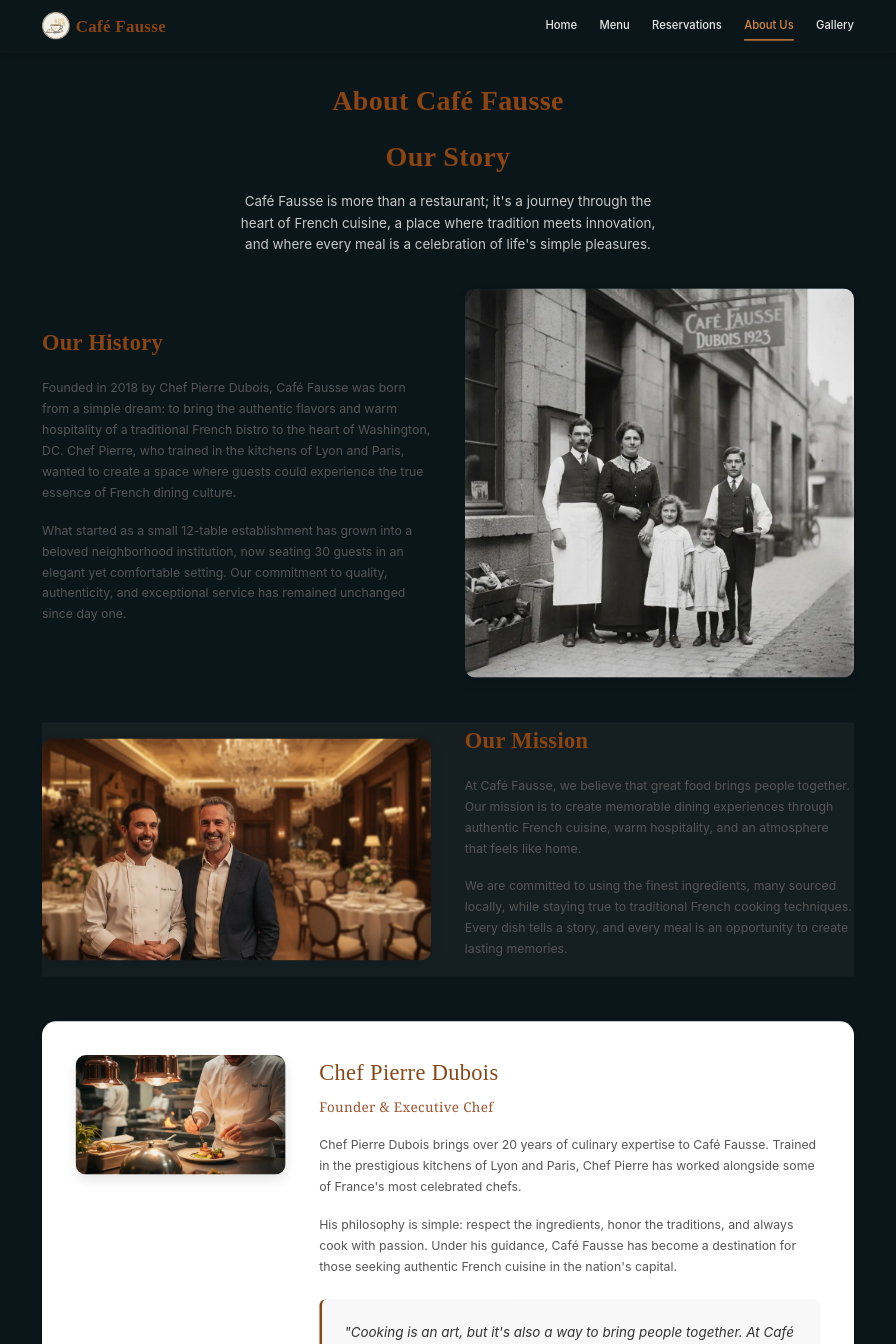
Repository: MatVanDenArt/MSSE-Cafe-Fausse
Page: /about (app in frontend/)
These files come from the project's save history. The page is drawn as it stood at one moment and after the next save; the edit follows.
The browser window is 1280 px wide. The pictures show the part of the page from y = 0 to 1920 px (the page is 3647 px tall), at 70% of full size.
The project was rebuilt for these pictures with package versions that can differ from the ones it lists, and the page was loaded fresh each time. Also part of the build but not shown: frontend/src/pages/Home.css, frontend/src/pages/Home.js, frontend/src/pages/Menu.css, frontend/src/pages/Menu.js, frontend/src/pages/Reservations.css, frontend/src/pages/Reservations.js, frontend/src/pages/Gallery.css, frontend/src/pages/Gallery.js.

Above is the page before, as saved 2025-10-26 15:29:58.

### frontend/src/App.js
import React from "react";
import { BrowserRouter as Router, Routes, Route } from "react-router-dom";
import "./App.css";

// Import components
import Header from "./components/Header";
import Footer from "./components/Footer";
import Home from "./pages/Home";
import Menu from "./pages/Menu";
import Reservations from "./pages/Reservations";
import About from "./pages/About";
import Gallery from "./pages/Gallery";

function App() {
  return (
    <Router>
      <div className="App">
        <Header />
        <main className="main-content">
          <Routes>
            <Route path="/" element={<Home />} />
            <Route path="/menu" element={<Menu />} />
            <Route path="/reservations" element={<Reservations />} />
            <Route path="/about" element={<About />} />
            <Route path="/gallery" element={<Gallery />} />
          </Routes>
        </main>
        <Footer />
      </div>
    </Router>
  );
}

export default App;

### frontend/src/App.css
/* Global Styles */
* {
  margin: 0;
  padding: 0;
  box-sizing: border-box;
}

@import url("https://fonts.googleapis.com/css2?family=Dancing+Script:wght@400;500;600;700&family=Cormorant+Garamond:ital,wght@0,300;0,400;0,500;0,600;0,700;1,300;1,400;1,500;1,600&family=Inter:wght@300;400;500;600&family=Source+Sans+Pro:ital,wght@0,300;0,400;0,600;1,300;1,400&display=swap");

body {
  font-family: "Inter", "Source Sans Pro", "Helvetica Neue", "Arial", sans-serif;
  line-height: 1.6;
  color: #e8e8e8;
  background-color: #0b161a;
  font-weight: 400;
}

.App {
  min-height: 100vh;
  display: flex;
  flex-direction: column;
}

.main-content {
  flex: 1;
  padding-top: 80px; /* Account for fixed header */
}

/* Typography */
h1,
h2,
h3,
h4,
h5,
h6 {
  font-family: "Cormorant Garamond", "EB Garamond", "Georgia", "Times New Roman",
    serif;
  font-weight: 500;
  margin-bottom: 1rem;
  letter-spacing: 0.5px;
}

h1 {
  font-size: 2.5rem;
  color: #8b4513;
  font-family: "Dancing Script", "Cormorant Garamond", serif;
  font-weight: 600;
}

h2 {
  font-size: 2rem;
  color: #8b4513;
  font-family: "Dancing Script", "Cormorant Garamond", serif;
  font-weight: 600;
}

h3 {
  font-size: 1.5rem;
  color: #8b4513;
  font-family: "Dancing Script", "Cormorant Garamond", serif;
  font-weight: 500;
}

p {
  margin-bottom: 1rem;
  font-size: 1.1rem;
  font-family: "Inter", "Source Sans Pro", "Helvetica Neue", "Arial", sans-serif;
}

/* Container */
.container {
  max-width: 1200px;
  margin: 0 auto;
  padding: 0 20px;
}

/* Grid System */
.grid {
  display: grid;
  gap: 2rem;
}

.grid-2 {
  grid-template-columns: repeat(auto-fit, minmax(300px, 1fr));
}

.grid-3 {
  grid-template-columns: repeat(auto-fit, minmax(250px, 1fr));
}

.grid-4 {
  grid-template-columns: repeat(auto-fit, minmax(200px, 1fr));
}

/* Flexbox Utilities */
.flex {
  display: flex;
}

.flex-center {
  display: flex;
  justify-content: center;
  align-items: center;
}

.flex-between {
  display: flex;
  justify-content: space-between;
  align-items: center;
}

.flex-column {
  display: flex;
  flex-direction: column;
}

/* Buttons */
.btn {
  display: inline-block;
  padding: 12px 24px;
  background-color: #d58643;
  color: #0b161a;
  text-decoration: none;
  border: none;
  border-radius: 5px;
  font-size: 1rem;
  font-weight: 600;
  cursor: pointer;
  transition: all 0.3s ease;
  text-align: center;
}

.btn:hover {
  background-color: #c0763a;
  transform: translateY(-2px);
  box-shadow: 0 4px 12px rgba(213, 134, 67, 0.4);
}

.btn-secondary {
  background-color: transparent;
  color: #d58643;
  border: 2px solid #d58643;
}

.btn-secondary:hover {
  background-color: #d58643;
  color: #0b161a;
}

.btn-large {
  padding: 16px 32px;
  font-size: 1.1rem;
}

/* Forms */
.form-group {
  margin-bottom: 1.5rem;
}

.form-label {
  display: block;
  margin-bottom: 0.5rem;
  font-weight: 600;
  color: #d58643;
}

.form-input,
.form-select,
.form-textarea {
  width: 100%;
  padding: 12px;
  border: 2px solid #151f21;
  border-radius: 5px;
  font-size: 1rem;
  transition: border-color 0.3s ease;
  background-color: #151f21;
  color: #e8e8e8;
}

.form-input:focus,
.form-select:focus,
.form-textarea:focus {
  outline: none;
  border-color: #d58643;
  box-shadow: 0 0 0 3px rgba(213, 134, 67, 0.1);
}

.form-textarea {
  resize: vertical;
  min-height: 100px;
}

/* Cards */
.card {
  background: #151f21;
  border-radius: 10px;
  box-shadow: 0 4px 6px rgba(0, 0, 0, 0.3);
  overflow: hidden;
  transition: transform 0.3s ease;
  border: 1px solid #1f2a2d;
}

.card:hover {
  transform: translateY(-5px);
}

.card-body {
  padding: 1.5rem;
}

.card-title {
  font-size: 1.25rem;
  margin-bottom: 0.5rem;
  color: #8b4513;
  font-family: "Dancing Script", "Cormorant Garamond", serif;
  font-weight: 500;
}

.card-text {
  color: #c8c8c8;
  margin-bottom: 1rem;
}

/* Images */
.img-responsive {
  width: 100%;
  height: auto;
  display: block;
}

.img-rounded {
  border-radius: 10px;
}

/* Sections */
.section {
  padding: 4rem 0;
}

.section-dark {
  background-color: #0b161a;
  color: white;
}

.section-light {
  background-color: #151f21;
}

.section-title {
  text-align: center;
  margin-bottom: 3rem;
}

.section-title h2 {
  font-size: 2.5rem;
  margin-bottom: 1rem;
}

.section-title p {
  font-size: 1.2rem;
  color: #c8c8c8;
  max-width: 600px;
  margin: 0 auto;
}

/* Hero Section - Moved to Home.css */

.hero-content h1 {
  font-size: 3.5rem;
  margin-bottom: 1rem;
  color: white;
}

.hero-content p {
  font-size: 1.3rem;
  margin-bottom: 2rem;
  max-width: 600px;
}

.hero-buttons {
  display: flex;
  gap: 1rem;
  justify-content: center;
  flex-wrap: wrap;
}

/* Navigation */
.nav {
  background-color: white;
  box-shadow: 0 2px 10px rgba(0, 0, 0, 0.1);
  position: fixed;
  top: 0;
  left: 0;
  right: 0;
  z-index: 1000;
}

.nav-container {
  display: flex;
  justify-content: space-between;
  align-items: center;
  padding: 1rem 0;
}

.nav-logo {
  font-size: 1.5rem;
  font-weight: bold;
  color: #8b4513;
  text-decoration: none;
}

.nav-menu {
  display: flex;
  list-style: none;
  gap: 2rem;
}

.nav-link {
  color: #333;
  text-decoration: none;
  font-weight: 500;
  transition: color 0.3s ease;
}

.nav-link:hover {
  color: #8b4513;
}

/* Footer */
.footer {
  background-color: #333;
  color: white;
  padding: 3rem 0 1rem;
}

.footer-content {
  display: grid;
  grid-template-columns: repeat(auto-fit, minmax(250px, 1fr));
  gap: 2rem;
  margin-bottom: 2rem;
}

.footer-section h3 {
  color: #8b4513;
  margin-bottom: 1rem;
}

.footer-bottom {
  text-align: center;
  padding-top: 2rem;
  border-top: 1px solid #555;
  color: #ccc;
}

/* Responsive Design */
@media (max-width: 768px) {
  .container {
    padding: 0 15px;
  }

  .hero-content h1 {
    font-size: 2.5rem;
  }

  .hero-content p {
    font-size: 1.1rem;
  }

  .hero-buttons {
    flex-direction: column;
    align-items: center;
  }

  .nav-menu {
    flex-direction: column;
    gap: 1rem;
  }

  .grid-2,
  .grid-3,
  .grid-4 {
    grid-template-columns: 1fr;
  }

  h1 {
    font-size: 2rem;
  }

  h2 {
    font-size: 1.5rem;
  }
}

@media (max-width: 480px) {
  .hero-content h1 {
    font-size: 2rem;
  }

  .section {
    padding: 2rem 0;
  }

  .btn {
    padding: 10px 20px;
    font-size: 0.9rem;
  }
}

/* Utility Classes */
.text-center {
  text-align: center;
}

.text-left {
  text-align: left;
}

.text-right {
  text-align: right;
}

.mb-1 {
  margin-bottom: 0.5rem;
}
.mb-2 {
  margin-bottom: 1rem;
}
.mb-3 {
  margin-bottom: 1.5rem;
}
.mb-4 {
  margin-bottom: 2rem;
}

.mt-1 {
  margin-top: 0.5rem;
}
.mt-2 {
  margin-top: 1rem;
}
.mt-3 {
  margin-top: 1.5rem;
}
.mt-4 {
  margin-top: 2rem;
}

.p-1 {
  padding: 0.5rem;
}
.p-2 {
  padding: 1rem;
}
.p-3 {
  padding: 1.5rem;
}
.p-4 {
  padding: 2rem;
}

.hidden {
  display: none;
}

.visible {
  display: block;
}

### frontend/src/components/Header.js
import React, { useState } from "react";
import { Link, useLocation } from "react-router-dom";
import "./Header.css";

const Header = () => {
  const [isMenuOpen, setIsMenuOpen] = useState(false);
  const location = useLocation();

  const toggleMenu = () => {
    setIsMenuOpen(!isMenuOpen);
  };

  const closeMenu = () => {
    setIsMenuOpen(false);
  };

  const isActive = (path) => {
    return location.pathname === path ? "active" : "";
  };

  return (
    <nav className="nav">
      <div className="container">
        <div className="nav-container">
          <Link to="/" className="nav-logo" onClick={closeMenu}>
            <img
              src="/images/Logo - Cafe Fausse.png"
              alt="Café Fausse Logo"
              className="nav-logo-img"
            />
            <span className="nav-logo-text">Café Fausse</span>
          </Link>

          <div className={`nav-menu ${isMenuOpen ? "nav-menu-open" : ""}`}>
            <Link
              to="/"
              className={`nav-link ${isActive("/")}`}
              onClick={closeMenu}
            >
              Home
            </Link>
            <Link
              to="/menu"
              className={`nav-link ${isActive("/menu")}`}
              onClick={closeMenu}
            >
              Menu
            </Link>
            <Link
              to="/reservations"
              className={`nav-link ${isActive("/reservations")}`}
              onClick={closeMenu}
            >
              Reservations
            </Link>
            <Link
              to="/about"
              className={`nav-link ${isActive("/about")}`}
              onClick={closeMenu}
            >
              About Us
            </Link>
            <Link
              to="/gallery"
              className={`nav-link ${isActive("/gallery")}`}
              onClick={closeMenu}
            >
              Gallery
            </Link>
          </div>

          <button
            className="nav-toggle"
            onClick={toggleMenu}
            aria-label="Toggle navigation menu"
          >
            <span className="nav-toggle-line"></span>
            <span className="nav-toggle-line"></span>
            <span className="nav-toggle-line"></span>
          </button>
        </div>
      </div>
    </nav>
  );
};

export default Header;

### frontend/src/components/Footer.js
import React, { useState } from "react";
import "./Footer.css";

const Footer = () => {
  const [email, setEmail] = useState("");
  const [isSubscribed, setIsSubscribed] = useState(false);
  const [isLoading, setIsLoading] = useState(false);

  const handleNewsletterSubmit = async (e) => {
    e.preventDefault();
    if (!email) return;

    setIsLoading(true);
    try {
      const response = await fetch("http://localhost:5000/api/newsletter", {
        method: "POST",
        headers: {
          "Content-Type": "application/json",
        },
        body: JSON.stringify({ email }),
      });

      if (response.ok) {
        setIsSubscribed(true);
        setEmail("");
      } else {
        const error = await response.json();
        console.error("Newsletter signup error:", error);
      }
    } catch (error) {
      console.error("Newsletter signup error:", error);
    } finally {
      setIsLoading(false);
    }
  };

  return (
    <footer className="footer">
      <div className="container">
        <div className="footer-content">
          <div className="footer-section">
            <h3>Café Fausse</h3>
            <p>
              Experience the timeless charm of authentic French bistro dining.
              We welcome you to our table for an unforgettable culinary journey.
            </p>
          </div>

          <div className="footer-section">
            <h3>Contact Info</h3>
            <p>
              <strong>Address:</strong><br />
              1234 Culinary Ave, Suite 100<br />
              Washington, DC 20002
            </p>
            <p>
              <strong>Phone:</strong><br />
              (202) 555-4567
            </p>
          </div>

          <div className="footer-section">
            <h3>Hours</h3>
            <p>
              <strong>Monday – Saturday:</strong><br />
              5:00 PM – 11:00 PM
            </p>
            <p>
              <strong>Sunday:</strong><br />
              5:00 PM – 9:00 PM
            </p>
          </div>

          <div className="footer-section">
            <h3>Newsletter</h3>
            <p>Subscribe to our newsletter for updates and special offers.</p>
            {isSubscribed ? (
              <div className="newsletter-success">
                <p>Thank you for subscribing!</p>
              </div>
            ) : (
              <form onSubmit={handleNewsletterSubmit} className="newsletter-form">
                <input
                  type="email"
                  placeholder="Enter your email"
                  value={email}
                  onChange={(e) => setEmail(e.target.value)}
                  required
                  className="newsletter-input"
                />
                <button
                  type="submit"
                  disabled={isLoading}
                  className="btn btn-secondary newsletter-btn"
                >
                  {isLoading ? "Subscribing..." : "Subscribe"}
                </button>
              </form>
            )}
          </div>
        </div>

        <div className="footer-bottom">
          <p>&copy; 2024 Café Fausse. All rights reserved.</p>
        </div>
      </div>
    </footer>
  );
};

export default Footer;

### frontend/src/components/Header.css
.nav {
  background-color: #0b161a;
  box-shadow: 0 2px 10px rgba(0, 0, 0, 0.3);
  position: fixed;
  top: 0;
  left: 0;
  right: 0;
  z-index: 1000;
  border-bottom: 1px solid #151f21;
}

.nav-container {
  display: flex;
  justify-content: space-between;
  align-items: center;
  padding: 1rem 0;
}

.nav-logo {
  display: flex;
  align-items: center;
  gap: 0.5rem;
  text-decoration: none;
  font-family: "Cormorant Garamond", "EB Garamond", "Georgia", "Times New Roman",
    serif;
  font-weight: 500;
  letter-spacing: 0.5px;
}

.nav-logo-img {
  height: 40px;
  width: auto;
}

.nav-logo-text {
  font-size: 1.5rem;
  font-weight: bold;
  color: #8b4513;
  font-family: "Dancing Script", "Cormorant Garamond", serif;
}

.nav-logo:hover .nav-logo-text {
  color: #d58643;
}

.nav-menu {
  display: flex;
  list-style: none;
  gap: 2rem;
  margin: 0;
  padding: 0;
}

.nav-link {
  color: #e8e8e8;
  text-decoration: none;
  font-weight: 500;
  transition: color 0.3s ease;
  padding: 0.5rem 0;
  position: relative;
}

.nav-link:hover,
.nav-link.active {
  color: #d58643;
}

.nav-link.active::after {
  content: "";
  position: absolute;
  bottom: 0;
  left: 0;
  right: 0;
  height: 2px;
  background-color: #d58643;
}

.nav-toggle {
  display: none;
  flex-direction: column;
  background: none;
  border: none;
  cursor: pointer;
  padding: 0.5rem;
}

.nav-toggle-line {
  width: 25px;
  height: 3px;
  background-color: #d58643;
  margin: 3px 0;
  transition: 0.3s;
}

/* Mobile Navigation */
@media (max-width: 768px) {
  .nav-toggle {
    display: flex;
  }

  .nav-menu {
    position: fixed;
    top: 100%;
    left: 0;
    right: 0;
    background-color: white;
    flex-direction: column;
    padding: 2rem;
    box-shadow: 0 2px 10px rgba(0, 0, 0, 0.1);
    transform: translateY(-100%);
    opacity: 0;
    visibility: hidden;
    transition: all 0.3s ease;
  }

  .nav-menu-open {
    transform: translateY(0);
    opacity: 1;
    visibility: visible;
  }

  .nav-link {
    padding: 1rem 0;
    border-bottom: 1px solid #eee;
    text-align: center;
  }

  .nav-link:last-child {
    border-bottom: none;
  }

  .nav-toggle-line:nth-child(1) {
    transform: rotate(45deg) translate(5px, 5px);
  }

  .nav-toggle-line:nth-child(2) {
    opacity: 0;
  }

  .nav-toggle-line:nth-child(3) {
    transform: rotate(-45deg) translate(7px, -6px);
  }
}

### frontend/src/components/Footer.css
.footer {
  background-color: #0b161a;
  color: #e8e8e8;
  padding: 3rem 0 1rem;
  margin-top: auto;
  border-top: 1px solid #151f21;
}

.footer-content {
  display: grid;
  grid-template-columns: repeat(auto-fit, minmax(250px, 1fr));
  gap: 2rem;
  margin-bottom: 2rem;
}

.footer-section h3 {
  color: #8b4513;
  margin-bottom: 1rem;
  font-size: 1.2rem;
  font-family: "Dancing Script", "Cormorant Garamond", "EB Garamond", "Georgia", "Times New Roman",
    serif;
  font-weight: 500;
  letter-spacing: 0.5px;
}

.footer-section p {
  margin-bottom: 0.5rem;
  line-height: 1.6;
  color: #c8c8c8;
}

.footer-section strong {
  color: #d58643;
}

.newsletter-form {
  display: flex;
  flex-direction: column;
  gap: 0.5rem;
  margin-top: 1rem;
}

.newsletter-input {
  padding: 0.75rem;
  border: 1px solid #151f21;
  border-radius: 5px;
  background-color: #151f21;
  color: #e8e8e8;
  font-size: 0.9rem;
}

.newsletter-input::placeholder {
  color: #ccc;
}

.newsletter-input:focus {
  outline: none;
  border-color: #d58643;
}

.newsletter-btn {
  padding: 0.75rem;
  font-size: 0.9rem;
  border: 2px solid #d58643;
  background-color: transparent;
  color: #d58643;
}

.newsletter-btn:hover {
  background-color: #d58643;
  color: #0b161a;
}

.newsletter-btn:disabled {
  opacity: 0.6;
  cursor: not-allowed;
}

.newsletter-success {
  background-color: #4caf50;
  padding: 1rem;
  border-radius: 5px;
  text-align: center;
  margin-top: 1rem;
}

.newsletter-success p {
  margin: 0;
  color: white;
  font-weight: 600;
}

.footer-bottom {
  text-align: center;
  padding-top: 2rem;
  border-top: 1px solid #151f21;
  color: #a8a8a8;
}

.footer-bottom p {
  margin: 0;
  font-size: 0.9rem;
}

@media (max-width: 768px) {
  .footer {
    padding: 2rem 0 1rem;
  }

  .footer-content {
    grid-template-columns: 1fr;
    gap: 1.5rem;
  }

  .newsletter-form {
    flex-direction: column;
  }
}

### frontend/src/pages/About.css
.about {
  padding: 2rem 0;
}

.about-section {
  margin-bottom: 4rem;
}

.about-content {
  display: grid;
  grid-template-columns: 1fr 1fr;
  gap: 3rem;
  align-items: center;
  margin-bottom: 3rem;
}

.about-content.reverse {
  direction: rtl;
}

.about-content.reverse > * {
  direction: ltr;
}

.about-text h3 {
  color: #8b4513;
  font-size: 2rem;
  margin-bottom: 1.5rem;
  font-family: "Dancing Script", "Cormorant Garamond", serif;
  font-weight: 600;
}

.about-text p {
  font-size: 1.1rem;
  line-height: 1.7;
  margin-bottom: 1.5rem;
  color: #555;
}

.about-image {
  text-align: center;
}

.about-image img {
  max-width: 100%;
  height: auto;
  border-radius: 15px;
  box-shadow: 0 8px 16px rgba(0, 0, 0, 0.1);
}

.chef-profile {
  display: grid;
  grid-template-columns: 300px 1fr;
  gap: 3rem;
  align-items: start;
  background: white;
  padding: 3rem;
  border-radius: 20px;
  box-shadow: 0 8px 16px rgba(0, 0, 0, 0.1);
}

.chef-image {
  text-align: center;
}

.chef-image img {
  width: 100%;
  height: auto;
  border-radius: 15px;
  box-shadow: 0 8px 16px rgba(0, 0, 0, 0.1);
}

.chef-info h3 {
  color: #8b4513;
  font-size: 2rem;
  margin-bottom: 0.5rem;
}

.chef-info h4 {
  color: #a0522d;
  font-size: 1.2rem;
  margin-bottom: 1.5rem;
  font-weight: 500;
}

.chef-info p {
  font-size: 1.1rem;
  line-height: 1.7;
  margin-bottom: 1.5rem;
  color: #555;
}

.chef-quote {
  background: #f8f8f8;
  padding: 2rem;
  border-radius: 10px;
  border-left: 4px solid #8b4513;
  margin-top: 2rem;
}

.chef-quote blockquote {
  font-size: 1.2rem;
  font-style: italic;
  color: #333;
  margin-bottom: 1rem;
  line-height: 1.6;
}

.chef-quote cite {
  color: #8b4513;
  font-weight: 600;
  font-size: 1rem;
}

.awards-grid {
  display: grid;
  grid-template-columns: repeat(auto-fit, minmax(250px, 1fr));
  gap: 2rem;
  margin-top: 2rem;
}

.award-card {
  background: white;
  padding: 2rem;
  border-radius: 15px;
  box-shadow: 0 4px 6px rgba(0, 0, 0, 0.1);
  text-align: center;
  transition: transform 0.3s ease;
}

.award-card:hover {
  transform: translateY(-5px);
}

.award-image {
  width: 80px;
  height: 80px;
  object-fit: cover;
  border-radius: 50%;
  margin-bottom: 1rem;
  border: 3px solid #8b4513;
}

.award-card h4 {
  color: #8b4513;
  font-size: 1.2rem;
  margin-bottom: 0.5rem;
}

.award-card p {
  color: #666;
  font-size: 0.9rem;
  margin: 0;
}

.values-grid {
  display: grid;
  grid-template-columns: repeat(auto-fit, minmax(250px, 1fr));
  gap: 2rem;
  margin-top: 2rem;
}

.value-card {
  background: white;
  padding: 2rem;
  border-radius: 15px;
  box-shadow: 0 4px 6px rgba(0, 0, 0, 0.1);
  text-align: center;
  transition: transform 0.3s ease;
}

.value-card:hover {
  transform: translateY(-5px);
}

.value-icon {
  font-size: 3rem;
  margin-bottom: 1rem;
}

.value-card h4 {
  color: #8b4513;
  font-size: 1.3rem;
  margin-bottom: 1rem;
}

.value-card p {
  color: #666;
  line-height: 1.6;
  margin: 0;
}

@media (max-width: 968px) {
  .about-content {
    grid-template-columns: 1fr;
    gap: 2rem;
  }

  .about-content.reverse {
    direction: ltr;
  }

  .chef-profile {
    grid-template-columns: 1fr;
    gap: 2rem;
    padding: 2rem;
  }

  .chef-image {
    max-width: 300px;
    margin: 0 auto;
  }
}

@media (max-width: 768px) {
  .about {
    padding: 1rem 0;
  }

  .about-section {
    margin-bottom: 3rem;
  }

  .about-text h3 {
    font-size: 1.5rem;
  }

  .about-text p {
    font-size: 1rem;
  }

  .chef-profile {
    padding: 1.5rem;
  }

  .chef-info h3 {
    font-size: 1.5rem;
  }

  .chef-quote {
    padding: 1.5rem;
  }

  .chef-quote blockquote {
    font-size: 1.1rem;
  }

  .awards-grid,
  .values-grid {
    grid-template-columns: 1fr;
    gap: 1.5rem;
  }

  .award-card,
  .value-card {
    padding: 1.5rem;
  }
}

@media (max-width: 480px) {
  .about-text h3 {
    font-size: 1.3rem;
  }

  .chef-profile {
    padding: 1rem;
  }

  .chef-info h3 {
    font-size: 1.3rem;
  }

  .chef-quote {
    padding: 1rem;
  }

  .chef-quote blockquote {
    font-size: 1rem;
  }

  .award-card,
  .value-card {
    padding: 1rem;
  }

  .value-icon {
    font-size: 2.5rem;
  }
}

Loaded but not shown: frontend/public/index.html (common file); frontend/src/index.js (common file); frontend/src/index.css (common file); frontend/src/reportWebVitals.js (common file); frontend/src/pages/About.js (213 lines, source omitted)

After the next save:
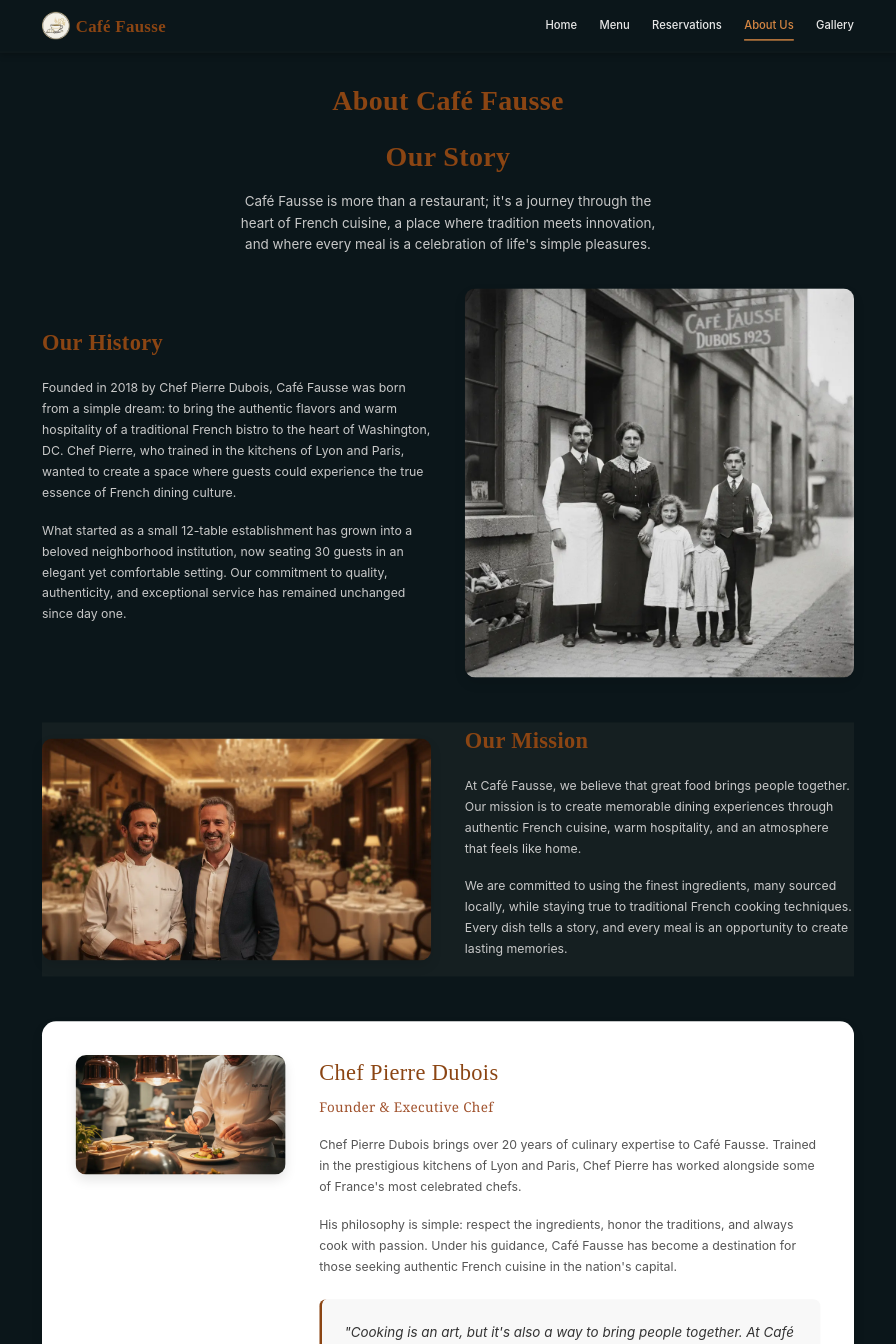
Saved 4 s later.
--- a/frontend/src/pages/About.css
+++ b/frontend/src/pages/About.css
@@ -34,7 +34,7 @@
   font-size: 1.1rem;
   line-height: 1.7;
   margin-bottom: 1.5rem;
-  color: #555;
+  color: #c8c8c8;
 }
 
 .about-image {
